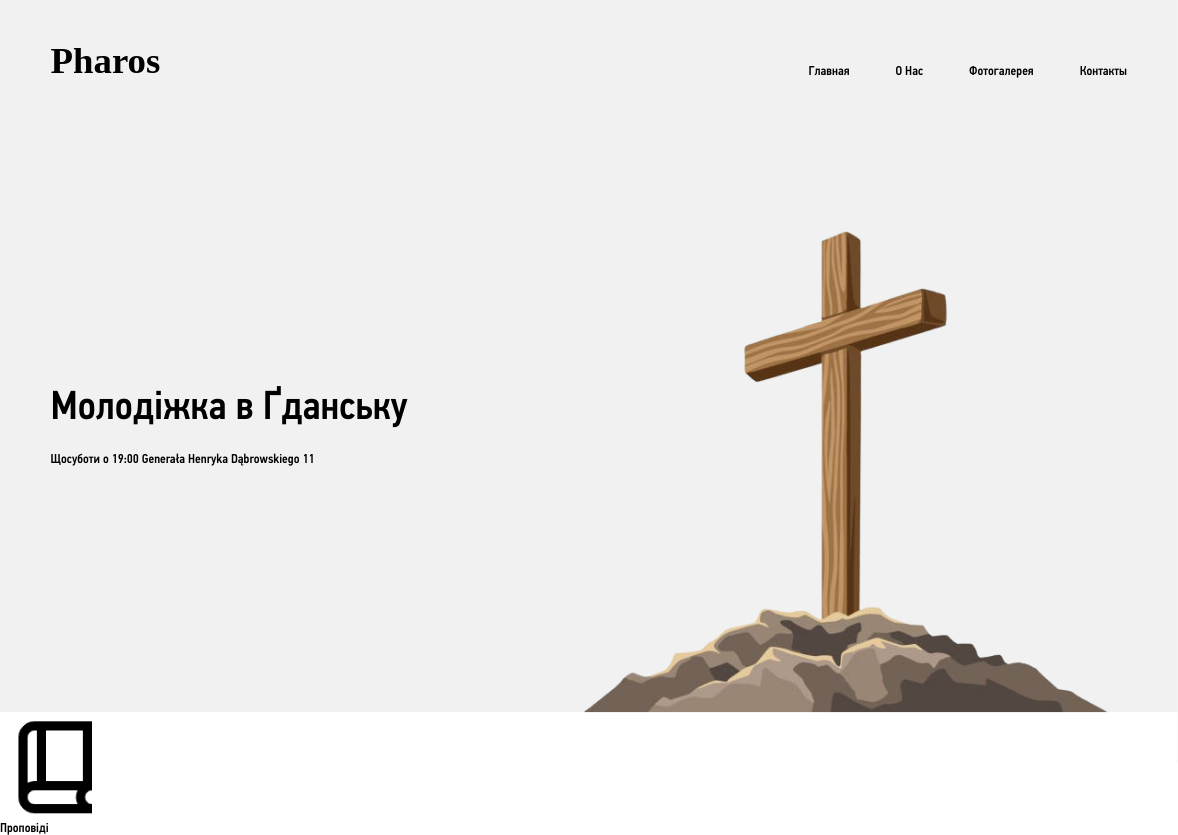
Repository: Bohdan-Sandovenko/youth-project
Page: index.html
An editor plug-in stored every save of this project. The page is shown before and after the next save, followed by the edit.
The browser window is 1280 px wide. The pictures show the whole page, at 92% of full size.
Some web fonts or font styles are not loaded; a fallback is used. The style sheet was rebuilt from its Sass, Less or Tailwind sources for each picture, by a compiler version that may differ from the author's.

Above is the page before, as saved 2024-09-11 09:22:46.

After the next save:
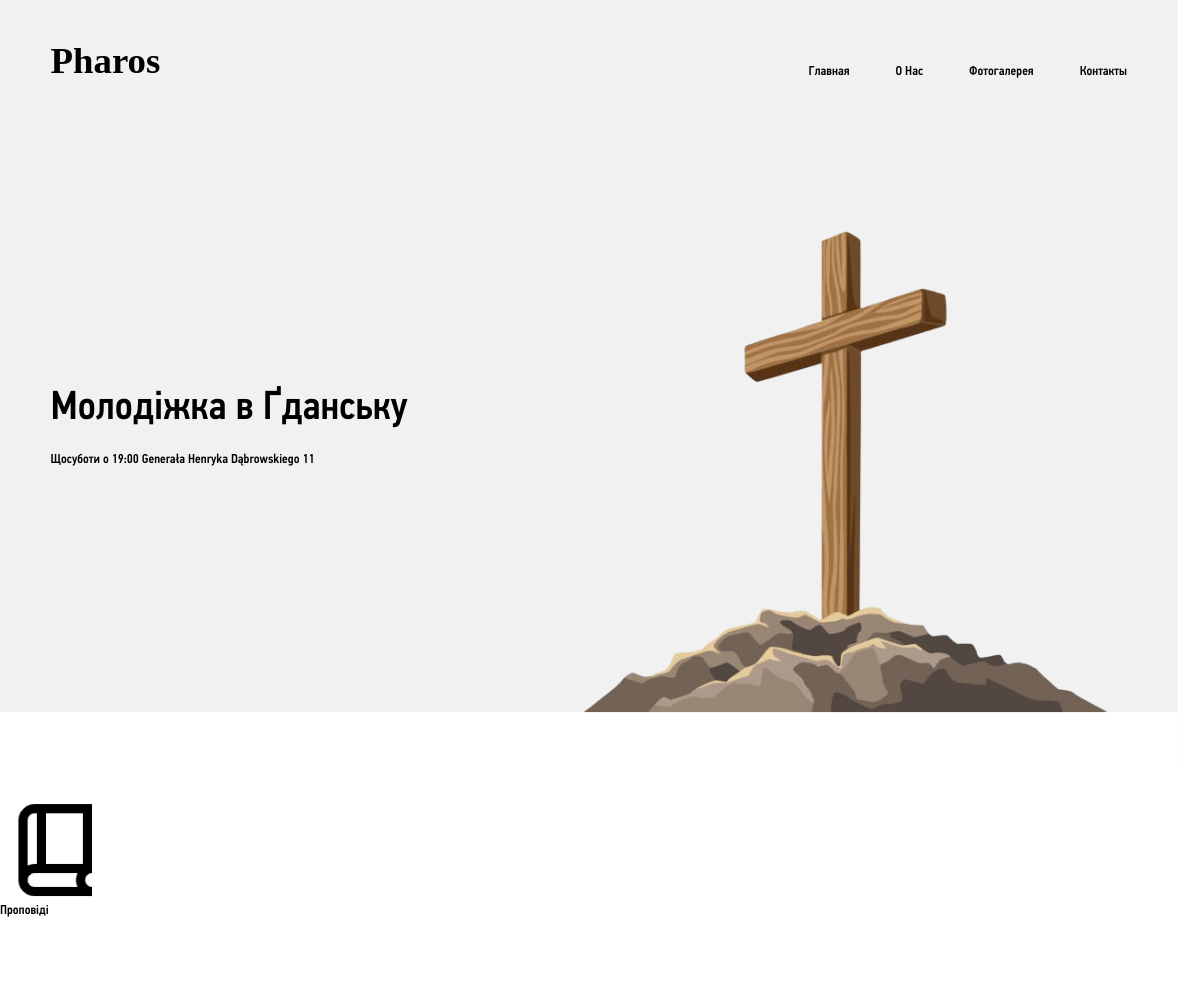
Saved 63 s later.
--- a/css/style.scss
+++ b/css/style.scss
@@ -84,6 +84,8 @@ body {
 
     //Service
     .services {
+        padding: 90px 0px;
+
         .container {
             .services-row {
                 .service-card {
